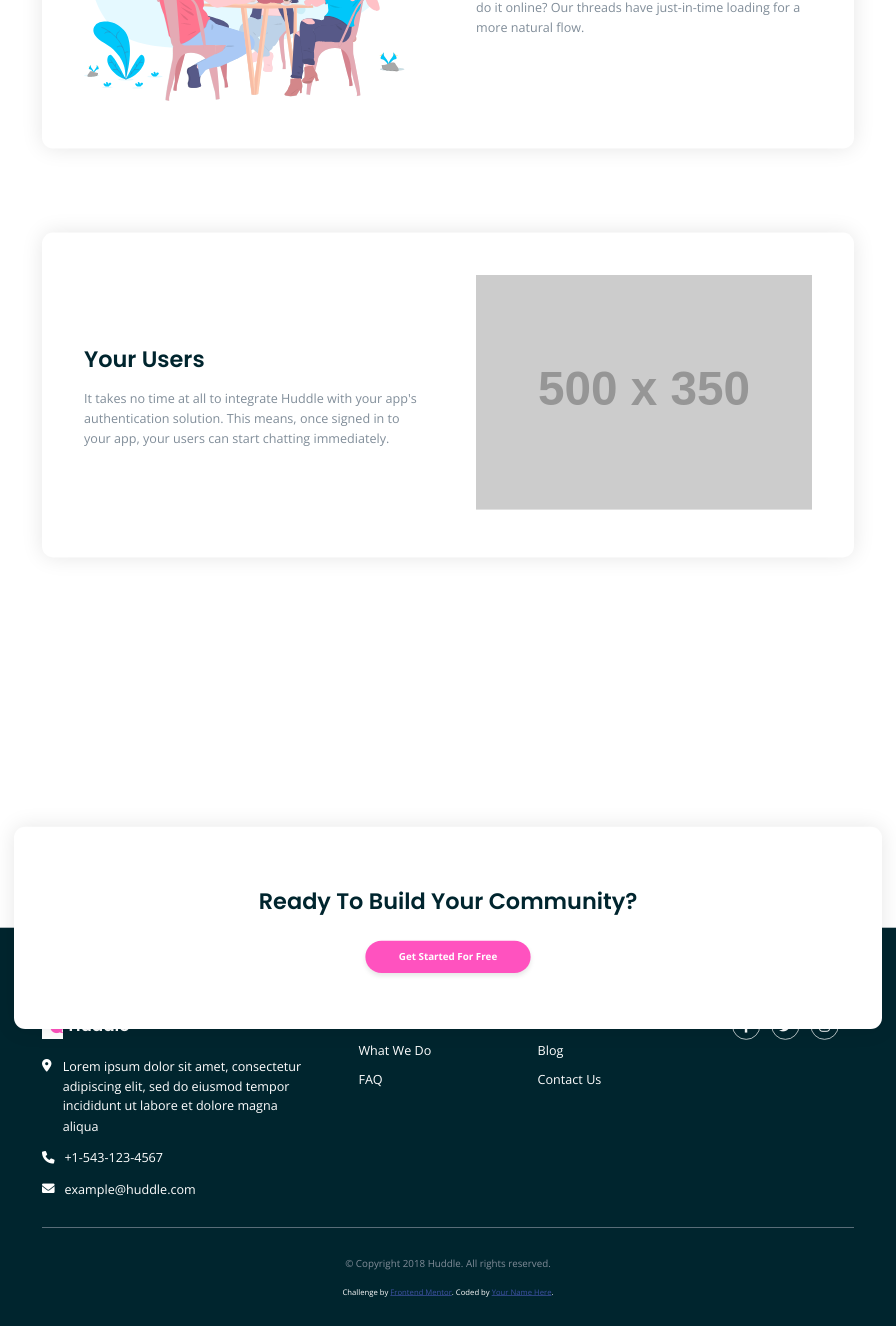
Repository: blordeus/huddle-landing-page
Page: index.html
The author's editor kept a copy of each file at every save. The page is drawn from the files as they stood at one save, then again after a run of saves.
The browser window is 1280 px wide. The pictures show the part of the page from y = 1706 to 3626 px (the page is 3600 px tall before and 3626 px after), at 70% of full size.

Above is the page before, as saved 2025-07-01 11:07:06.

### index.html
<!DOCTYPE html>
<html lang="en">
<head>
  <meta charset="UTF-8">
  <meta name="viewport" content="width=device-width, initial-scale=1.0">
  <link rel="icon" type="image/png" sizes="32x32" href="./images/favicon-32x32.png">
  <title>Frontend Mentor | Huddle landing page with alternating feature blocks</title>

  <!-- Google Fonts -->
  <link rel="preconnect" href="https://fonts.googleapis.com">
  <link rel="preconnect" href="https://fonts.gstatic.com" crossorigin>
  <link href="https://fonts.googleapis.com/css2?family=Poppins:wght@600&family=Open+Sans:wght@400;700&display=swap" rel="stylesheet">
  <link rel="stylesheet" type="text/css" href="styles.css" />

  <!-- Font Awesome for social icons -->
  <link rel="stylesheet" href="https://cdnjs.cloudflare.com/ajax/libs/font-awesome/6.0.0/css/all.min.css">
</head>

<body>
  <!-- Header -->
  <header class="header">
    <div class="container">
      <div class="header-content">
        <img src="./images/logo.svg" alt="Logo">
        <a href="#" class="btn btn-outline">Try It Free</a>
      </div>
    </div>
  </header>

  <!-- Hero Section -->
  <section class="hero">
    <div class="container">
      <div class="hero-content">
        <div class="hero-text">
          <h1>Build The Community Your Fans Will Love</h1>
          <p>Huddle re-imagines the way we build communities. You have a voice, but so does your audience. Create connections with your users as you engage in genuine discussion.</p>
          <a href="#" class="btn">Get Started For Free</a>
        </div>
        <div class="hero-image">
          <img src="./images/illustration-mockups.svg" alt="Desktop and mobile chat interface showing community conversations">
        </div>
      </div>
    </div>
  </section>

  <!-- Features Section -->
  <section class="features">
    <div class="container">
      <div class="feature">
        <div class="feature-content">
          <h2>Grow Together</h2>
          <p>Generate meaningful discussions with your audience and build a strong, loyal community. Think of the insightful conversations you miss out on with a feedback form.</p>
        </div>
        <div class="feature-image">
          <img src="./images/illustration-grow-together.svg" alt="Illustration of people having meaningful conversations and building community">
        </div>
      </div>

      <div class="feature">
        <div class="feature-content">
          <h2>Flowing Conversations</h2>
          <p>You wouldn't paginate a conversation in real life, so why do it online? Our threads have just-in-time loading for a more natural flow.</p>
        </div>
        <div class="feature-image">
          <img src="./images/illustration-flowing-conversation.svg" alt="Illustration of natural flowing conversation interface with seamless chat threads">
        </div>
      </div>

      <div class="feature">
        <div class="feature-content">
          <h2>Your Users</h2>
          <p>It takes no time at all to integrate Huddle with your app's authentication solution. This means, once signed in to your app, your users can start chatting immediately.</p>
        </div>
        <div class="feature-image">
          <img src="https://placehold.co/500x350/e0f7ff/333333?text=User+Authentication+Integration+Illustration" alt="Illustration showing easy user authentication and immediate chat access">
        </div>
      </div>
    </div>
  </section>

  <!-- Call to Action -->
  <section class="cta">
    <div class="container">
      <h2>Ready To Build Your Community?</h2>
      <a href="#" class="btn">Get Started For Free</a>
    </div>
  </section>

  <!-- Footer -->
  <footer class="footer">
    <div class="container">
      <div class="footer-content">
        <div class="footer-info">
          <a href="#" class="footer-logo">
            <div class="logo-icon">
              <i class="fas fa-comments"></i>
            </div>
            Huddle
          </a>
          <div class="contact-info">
            <div class="contact-item">
              <i class="fas fa-map-marker-alt"></i>
              <p>Lorem ipsum dolor sit amet, consectetur adipiscing elit, sed do eiusmod tempor incididunt ut labore et dolore magna aliqua</p>
            </div>
            <div class="contact-item">
              <i class="fas fa-phone"></i>
              <p>+1-543-123-4567</p>
            </div>
            <div class="contact-item">
              <i class="fas fa-envelope"></i>
              <p>example@huddle.com</p>
            </div>
          </div>
        </div>

        <div class="footer-links">
          <a href="#">About Us</a>
          <a href="#">What We Do</a>
          <a href="#">FAQ</a>
        </div>

        <div class="footer-links">
          <a href="#">Career</a>
          <a href="#">Blog</a>
          <a href="#">Contact Us</a>
        </div>

        <div class="social-icons">
          <a href="#" class="social-icon" aria-label="Facebook">
            <i class="fab fa-facebook-f"></i>
          </a>
          <a href="#" class="social-icon" aria-label="Twitter">
            <i class="fab fa-twitter"></i>
          </a>
          <a href="#" class="social-icon" aria-label="Instagram">
            <i class="fab fa-instagram"></i>
          </a>
        </div>
      </div>

      <div class="copyright">
        <p>&copy; Copyright 2018 Huddle. All rights reserved.</p>
      </div>
    </div>

    <p class="attribution">
      Challenge by <a href="https://www.frontendmentor.io?ref=challenge" target="_blank">Frontend Mentor</a>.
      Coded by <a href="#">Your Name Here</a>.
    </p>
  </footer>
</body>
</html>

### styles.css
    * {
      margin: 0;
      padding: 0;
      box-sizing: border-box;
    }

    body {
      font-family: 'Open Sans', sans-serif;
      font-size: 18px;
      line-height: 1.6;
      color: hsl(192, 100%, 9%);
    }

    .container {
      max-width: 1200px;
      margin: 0 auto;
      padding: 0 20px;
    }

    /* Header */
    .header {
      background: hsl(193, 100%, 96%);
      padding: 24px 0;
    }

    .header-content {
      display: flex;
      justify-content: space-between;
      align-items: center;
    }

    .header-content img {
      height: 40px;
    }

    .btn {
      background: hsl(322, 100%, 66%);
      color: white;
      border: none;
      padding: 12px 48px;
      border-radius: 24px;
      font-family: 'Open Sans', sans-serif;
      font-weight: 700;
      font-size: 14px;
      cursor: pointer;
      text-decoration: none;
      display: inline-block;
      transition: opacity 0.3s ease;
      box-shadow: 0 4px 8px rgba(0, 0, 0, 0.1);
    }

    .btn:hover {
      opacity: 0.8;
    }

    .btn-outline {
      background: white;
      box-shadow: 0 4px 8px rgba(0, 0, 0, 0.1);
      color: #00252E;
    }

    .btn-outline:hover {
      color: #808E9A;
    }

    /* Hero Section */
    .hero {
      background: hsl(199, 100%, 96%);
      background-image: url('./images/bg-hero.svg');
      background-size: cover;
      background-position: center;
      padding: 80px 0 120px;
    }

    .hero-content {
      display: grid;
      grid-template-columns: 1fr 1fr;
      gap: 80px;
      align-items: center;
    }

    .hero-text h1 {
      font-family: 'Poppins', sans-serif;
      font-weight: 600;
      font-size: 48px;
      line-height: 1.2;
      margin-bottom: 24px;
      color: hsl(192, 100%, 9%);
    }

    .hero-text p {
      font-size: 18px;
      color: hsl(192, 100%, 9%);
      margin-bottom: 32px;
      line-height: 1.6;
    }

    .hero-image {
      text-align: center;
    }

    .hero-image img {
      max-width: 100%;
      height: auto;
    }

    /* Features Section */
    .features {
      padding: 120px 0;
    }

    .feature {
      display: grid;
      grid-template-columns: 1fr 1fr;
      gap: 80px;
      align-items: center;
      margin-bottom: 120px;
      background: white;
      padding: 60px;
      border-radius: 16px;
      box-shadow: 0 0 30px rgba(0, 0, 0, 0.1);
    }

    .feature:nth-child(even) .feature-content {
      order: 2;
    }

    .feature:nth-child(even) .feature-image {
      order: 1;
    }

    .feature h2 {
      font-family: 'Poppins', sans-serif;
      font-weight: 600;
      font-size: 32px;
      margin-bottom: 16px;
      color: hsl(192, 100%, 9%);
    }

    .feature p {
      color: hsl(208, 11%, 55%);
      line-height: 1.6;
    }

    .feature-image {
      text-align: center;
    }

    .feature-image img {
      max-width: 100%;
      height: auto;
    }

    /* Call to Action */
    .cta {
      text-align: center;
      padding: 80px 0;
      background: white;
      margin: 0 20px;
      border-radius: 16px;
      box-shadow: 0 0 30px rgba(0, 0, 0, 0.1);
      position: relative;
      z-index: 2;
      transform: translateY(50%);
    }

    .cta h2 {
      font-family: 'Poppins', sans-serif;
      font-weight: 600;
      font-size: 32px;
      margin-bottom: 32px;
      color: hsl(192, 100%, 9%);
    }

    /* Footer */
    .footer {
      background: hsl(192, 100%, 9%);
      color: white;
      padding: 120px 0 40px;
    }

    .footer-content {
      display: grid;
      grid-template-columns: 2fr 1fr 1fr 1fr;
      gap: 60px;
      margin-bottom: 40px;
    }

    .footer-logo {
      display: flex;
      align-items: center;
      gap: 8px;
      font-family: 'Poppins', sans-serif;
      font-weight: 600;
      font-size: 24px;
      color: white;
      text-decoration: none;
      margin-bottom: 24px;
    }

    .footer-logo .logo-icon {
      background: white;
      color: hsl(322, 100%, 66%);
    }

    .contact-info {
      display: flex;
      flex-direction: column;
      gap: 16px;
    }

    .contact-item {
      display: flex;
      align-items: flex-start;
      gap: 16px;
    }

    .contact-item i {
      margin-top: 4px;
      width: 16px;
    }

    .footer-links {
      display: flex;
      flex-direction: column;
      gap: 12px;
    }

    .footer-links a {
      color: white;
      text-decoration: none;
      transition: color 0.3s ease;
    }

    .footer-links a:hover {
      color: hsl(322, 100%, 66%);
    }

    .social-icons {
      display: flex;
      gap: 16px;
      justify-content: center;
    }

    .social-icon {
      width: 40px;
      height: 40px;
      border: 1px solid white;
      border-radius: 50%;
      display: flex;
      align-items: center;
      justify-content: center;
      color: white;
      text-decoration: none;
      transition: all 0.3s ease;
    }

    .social-icon:hover {
      color: hsl(322, 100%, 66%);
      border-color: hsl(322, 100%, 66%);
    }

    .copyright {
      text-align: center;
      font-size: 14px;
      color: hsl(208, 11%, 55%);
      padding-top: 40px;
      border-top: 1px solid hsl(208, 11%, 55%);
    }

    .attribution {
      font-size: 11px;
      text-align: center;
      margin-top: 20px;
    }

    .attribution a {
      color: hsl(228, 45%, 44%);
    }

    /* Responsive Design */
    @media (max-width: 768px) {
      .container {
        padding: 0 16px;
      }

      .hero {
        background-image: url('./images/bg-hero.svg');
      }

      .header-content {
        flex-direction: column;
        gap: 20px;
      }

      .hero-content {
        grid-template-columns: 1fr;
        gap: 40px;
        text-align: center;
      }

      .hero-text h1 {
        font-size: 32px;
      }

      .feature {
        grid-template-columns: 1fr;
        gap: 40px;
        padding: 40px 20px;
        text-align: center;
      }

      .feature:nth-child(even) .feature-content,
      .feature:nth-child(even) .feature-image {
        order: unset;
      }

      .footer-content {
        grid-template-columns: 1fr;
        gap: 40px;
        text-align: center;
      }

      .social-icons {
        justify-content: center;
      }

      .cta {
        margin: 0 16px;
        padding: 40px 20px;
      }

      .cta h2 {
        font-size: 24px;
      }
    }

After the next 3 saves:
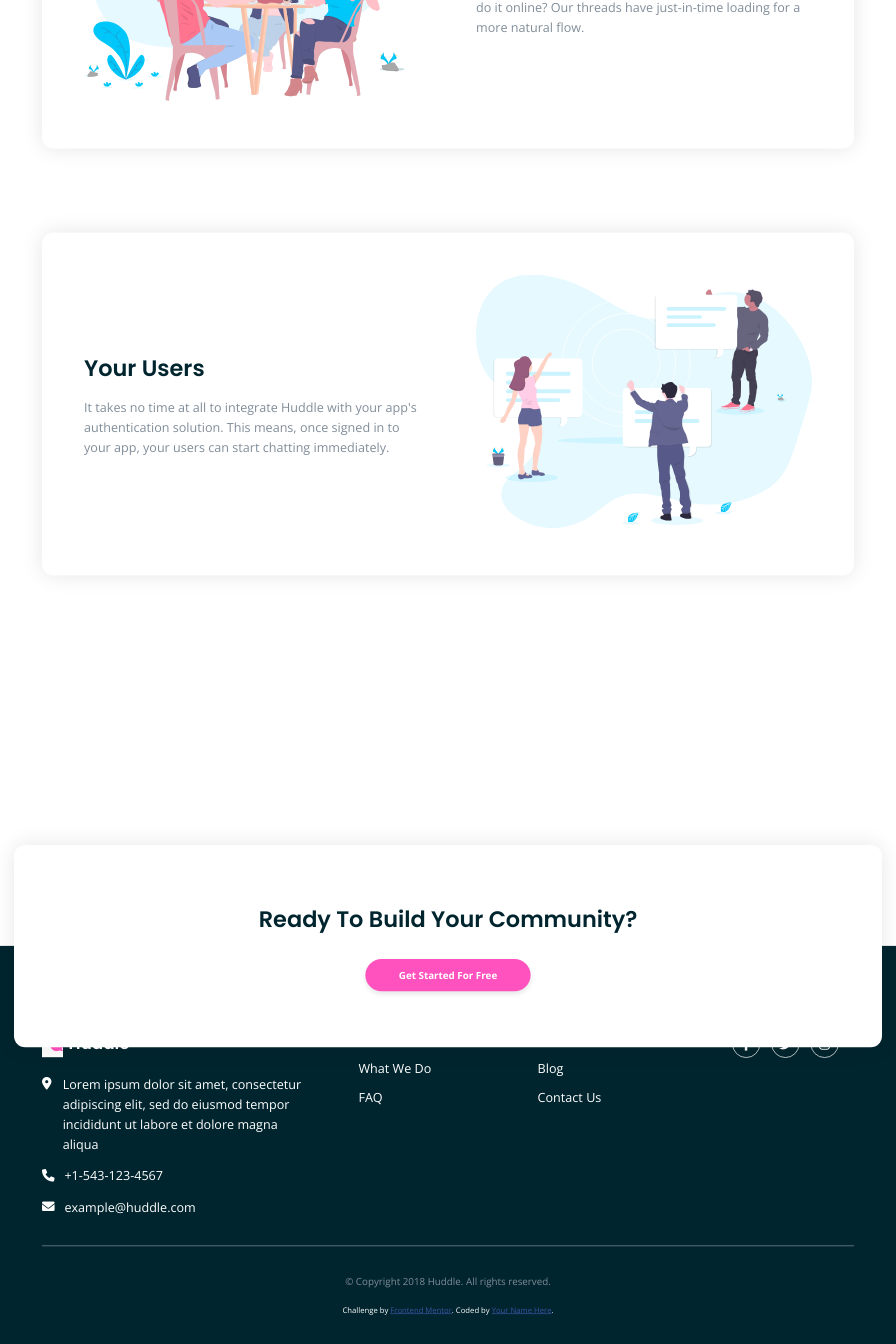
The 3 saves are shown as one change because they came seconds apart.
The last was saved 11 s later.
--- a/index.html
+++ b/index.html
@@ -72,7 +72,7 @@
           <p>It takes no time at all to integrate Huddle with your app's authentication solution. This means, once signed in to your app, your users can start chatting immediately.</p>
         </div>
         <div class="feature-image">
-          <img src="https://placehold.co/500x350/e0f7ff/333333?text=User+Authentication+Integration+Illustration" alt="Illustration showing easy user authentication and immediate chat access">
+          <img src="./images/illustration-your-users.svg" alt="Illustration showing easy user authentication and immediate chat access">
         </div>
       </div>
     </div>
